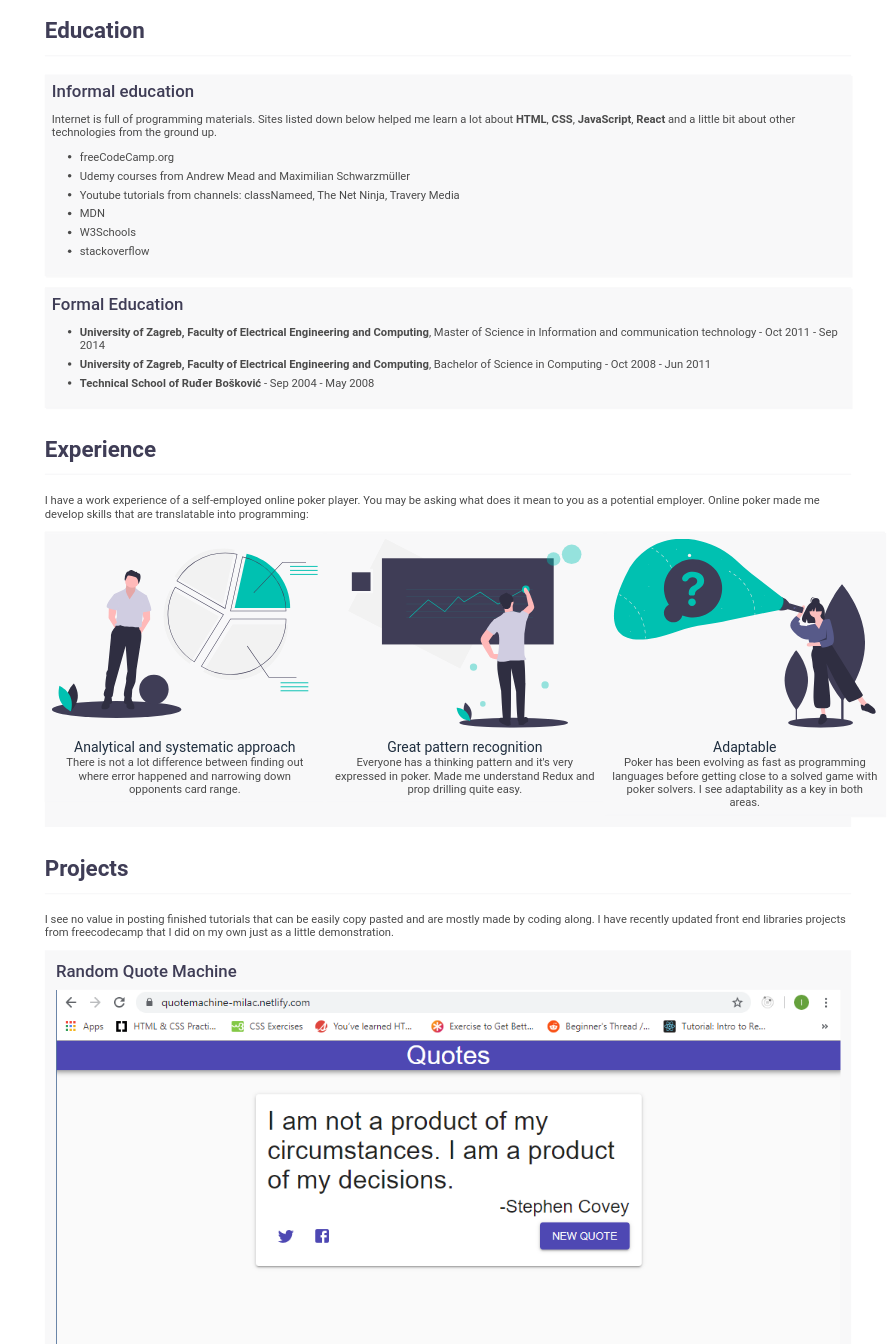
Repository: milac0/my-website
Page: /
An editor plug-in stored every save of this project. The page is shown before and after the next save, followed by the edit.
The browser window is 1280 px wide. The pictures show the part of the page from y = 601 to 2521 px (the page is 6754 px tall), at 70% of full size.
The project was rebuilt for these pictures with package versions that can differ from the ones it lists, and the page was loaded fresh each time. Also part of the build but not shown: src/components/formContact.module.css, src/components/FormContact.js, src/pages/contact.module.css, src/pages/Contact.js. Imported but missing from the stored project, and not drawn on this page: src/resume.pdf.

Above is the page before, as saved 2019-10-24 20:55:53.

### public/index.html
<!DOCTYPE html>
<html lang="en">
  <head>
    <meta charset="utf-8" />
    <link rel="icon" href="%PUBLIC_URL%/favicon.ico" />
    <meta name="viewport" content="width=device-width, initial-scale=1" />
    <meta name="theme-color" content="#000000" />
    <meta
      name="description"
      content="Web site created using create-react-app"
    />
    <!--
      manifest.json provides metadata used when your web app is installed on a
      user's mobile device or desktop. See https://developers.google.com/web/fundamentals/web-app-manifest/
    -->
    <link rel="manifest" href="%PUBLIC_URL%/manifest.json" />
    <!--
      Notice the use of %PUBLIC_URL% in the tags above.
      It will be replaced with the URL of the `public` folder during the build.
      Only files inside the `public` folder can be referenced from the HTML.

      Unlike "/favicon.ico" or "favicon.ico", "%PUBLIC_URL%/favicon.ico" will
      work correctly both with client-side routing and a non-root public URL.
      Learn how to configure a non-root public URL by running `npm run build`.
    -->
    <title>Mile Balenovic</title>
  </head>
  <body>
    <noscript>You need to enable JavaScript to run this app.</noscript>
    <div id="root"></div>
    <!--
      This HTML file is a template.
      If you open it directly in the browser, you will see an empty page.

      You can add webfonts, meta tags, or analytics to this file.
      The build step will place the bundled scripts into the <body> tag.

      To begin the development, run `npm start` or `yarn start`.
      To create a production bundle, use `npm run build` or `yarn build`.
    -->
  </body>
</html>

### src/index.css
html, body {
  height: 100%;
}

body {
  display: flex;
  flex-direction: column;
}

body {
  margin: 0;
  font-family: 'Roboto', sans-serif;
  -webkit-font-smoothing: antialiased;
  -moz-osx-font-smoothing: grayscale;
}

/*****
  Navbar & Hero
*****/

header,
.hero {
  background:#3F3D56;
  border-bottom: 0.1px solid #ffffff;
  text-align: center;
}

.hero {
  margin-bottom: 2em;
}

.container {
  width: 90%;
  max-width: 1200px;
  margin: 0 auto;
}

nav li {
  list-style: none;
  display: flex;
  justify-content: space-evenly;
  align-items: center;
}

.nav-item:hover {
  filter: invert(0.1);
}
nav ul {
  padding: 0;
}

.hero {
  margin-bottom: 2.5em;
}

.hero-profile {
  padding: 3em 0;
}

.hero-profile img {
  margin-bottom: 0.5em;
}

.hero-profile-title,
.hero-profile-subtitle {
  color: #ffffff;
}

.hero-profile h1 {
  margin: 0;
  font-size: 2rem;
}

.hero-profile p {
  font-size: 1rem;
  margin: 0;
  margin-top: -0.25rem;
  margin-bottom: 1.5em;
}

.hero-profile-subtitle strong {
  font-weight: 700;
  color: #61dafb;
}

.button-cta,
.button-home {
  background: #00AEA0;
  color: #1f2e3f;
  padding: 0.75em 2em;
  border: none;
  border-radius: 20px;
  font-size: 1rem;
  font-weight: 700;
  text-decoration: none;
}

.button-cta:hover,
.button-cta:focus {
  background: #00C1B1;
  color: #1f2e3f;
  cursor: pointer;
}

.button-home {
  background: #ffffff;
  border: 2px solid #1f2e3f;
  padding: 0.3em 1em;
}

.button-home:hover,
.button-home:focus {
  border: 2px solid #ffffff;
 filter: invert(0.1);
}


/*****
  Typography
*****/

h1 {
  color: #3F3D56;
}

h2 {
  color: #3F3D56;
  font-size: 1.5rem;
  font-weight: 500;
  margin: 0;
}

p,
ul {
  color: #4a4a4a;
}

.section-skill h2 {
  color: #1F2E3F;
  font-size: 1.25rem;
  font-weight: 400;
  margin: 0;
}

.section-body {
  font-size: 1rem;
  margin-bottom: 1em;
}

#section-cta .section-title,
#section-cta .section-body {
  color: #ffffff;

}

/*****
  Layout
*****/
section {
  margin-bottom: 2.5em;
}

.section-title {
  border-bottom: 2px solid #F8F8F9;
  font-size: 2rem;
  padding-bottom: 0.5em;
}

.article-education,
.section-skill {
  box-shadow: 2px 2px #F8F8F9;
  border: 2px solid #F8F8F9;
  margin-bottom: 1em;
  padding: 0.5em;
}

.article-education li{
  margin-bottom: 0.5em;
}

.section-skill {
  background: #F8F8F9;
  text-align: center;
}

.section-skill p {
  margin: 0;
}

.section-skill-image {
  display: block;
  margin: 0 auto 1em auto;
  height: 300px;
  width: 100%;
}

article {
  background: #F8F8F9;
  padding: 1em;
  margin-bottom: 1em;
}

article h2 {
  margin-bottom: 0.5em;
}

.project-image {
  display: block;
  width: 100%;
  cursor: pointer;
  border-left: 1px solid #19427A;
  border-bottom: 1px solid #19427A;
  border-radius: 0 0 0 5px;
}

.project-image:hover {
  filter: invert(0.1);
}


#section-cta {
  padding-bottom: 5em;
  background: #3F3D56;
}

#section-cta{
  text-align: center;
  padding: 0.5em;
}

#section-cta .button-cta {
  margin: 1em 0 2em 0;
}

footer {
  background: #F8F8F9;
  padding: 3em 0;
  width: 100%;
  text-align: center;
  flex-shrink: 0;
}

.invalid-feedback {
  color: #D8000C;
  font-size: 0.75rem;
  font-family: 'Roboto', sans-serif;
}

@media (min-width: 752px) {
  .section-skills {
    background: #F8F8F9;
    display: flex;
    flex-direction: row;
    align-items: baseline;
  }
  .section-skill {
    flex: 1 1 300px;
      }

  .section-skill-image {
    height: 270px;
    width: 380px;
  }
}

### src/App.js
import React from 'react';
import {
  BrowserRouter as Router,
  Switch,
  Route,
} from "react-router-dom";
import Home from './pages/Home'
import Contact from './pages/Contact';

function App() {
  return (
      <Router>
        <Switch>
        <Route path ="/" exact component={Home} />
        <Route path ="/contact" component={Contact} />
        </Switch>
      </Router>

  );
}

export default App;

### src/pages/Home.js
import React, { Fragment } from "react";
import Navbar from "../components/Navbar";
import Hero from "../components/Hero";
import AboutMe from "../components/AboutMe";
import Education from "../components/Education";
import Experience from "../components/Experience";
import Projects from "../components/Projects";
import SectionCTA from "../components/SectionCTA";
import Footer from "../components/Footer";

const Home = () => {
  return (
    <Fragment>
      <Navbar />
      <Hero />
      <main>
        <div className="container">
          <AboutMe />
          <Education />
          <Experience />
          <Projects />
          <SectionCTA />
        </div>
      </main>
      <Footer />
    </Fragment>
  );
};

export default Home;

### src/components/Navbar.js
import React from "react";
import { Link } from "react-router-dom";

import resumeIcon from "../images/resume.png";
import linkedinIcon from "../images/linkedin.png";
import githubIcon from "../images/github.png";
import homeIcon from "../images/home.png";
import resumePdf from "../resume.pdf";

//mui
import Tooltip from "@material-ui/core/Tooltip";

const Navbar = () => {
  return (
    <header>
      <div className="container">
        <nav>
          <li>
            <ul>
              <Tooltip title="Home">
                <Link to="/">
                  <img className="nav-item" src={homeIcon} alt="home" />
                </Link>
              </Tooltip>
            </ul>
            <ul>
              <Tooltip title="Resume">
                <a href={resumePdf} download target="_self">
                  <img className="nav-item" src={resumeIcon} alt="resume" />
                </a>
              </Tooltip>
            </ul>
            <ul>
              <Tooltip title="Linkedin">
                <a
                  href="https://www.linkedin.com/in/mile-balenovi%C4%87-a4ab9188/"
                  target="_blank"
                  rel="noopener noreferrer"
                >
                  <img className="nav-item" src={linkedinIcon} alt="linkedin" />
                </a>
              </Tooltip>
            </ul>
            <ul>
              <Tooltip title="Github">
                <a
                  href="https://github.com/milac0"
                  target="_blank"
                  rel="noopener noreferrer"
                >
                  <img className="nav-item" src={githubIcon} alt="github" />
                </a>
              </Tooltip>
            </ul>
          </li>
        </nav>
      </div>
    </header>
  );
};

export default Navbar;

### src/components/Hero.js
import React from "react";
import { Link } from "react-router-dom";
import LazyLoad from "react-lazyload";
import profileImg from "../images/profile.png";

const Hero = () => {
  return (
    <div className="hero">
      <div className="container">
        <div className="hero-profile">
          <img src={profileImg} className="hero-profile-image" alt="profile" />
          <h1 className="hero-profile-title">Mile Balenovic</h1>
          <p className="hero-profile-subtitle">
            Switching career to <strong>React</strong> development
          </p>
          <Link to="/contact">
            <button className="button-cta">Contact Me!</button>
          </Link>
        </div>
      </div>
    </div>
  );
};

export default Hero;

### src/components/AboutMe.js
import React from "react";

const AboutMe = () => {
  return (
    <section>
      <h1 className="section-title">About Me</h1>
      <p className="section-body">
        <strong>
          Master of Science in Information and communication technology.
        </strong>{" "}
        Constant learning and skill growth is what motivates me, while
        problem-solving and overcoming obstacles excites me. Completely involved
        in JavaScript upon ending online poker career in March 2019.
      </p>
    </section>
  );
};

export default AboutMe;

### src/components/Education.js
import React from "react";

const Education = () => {
  return (
    <section>
      <h1 className="section-title">Education</h1>
      <article className="article-education">
        <h2>Informal education</h2>
        <p>
          Internet is full of programming materials. Sites listed down below
          helped me learn a lot about
          <strong> HTML</strong>, <strong>CSS</strong>,{" "}
          <strong>JavaScript</strong>,<strong> React</strong> and a little bit
          about other technologies from the ground up.
        </p>
        <ul>
          <li>freeCodeCamp.org</li>
          <li>Udemy courses from Andrew Mead and Maximilian Schwarzmüller</li>
          <li>
            Youtube tutorials from channels: classNameed, The Net Ninja, Travery
            Media{" "}
          </li>
          <li>MDN</li>
          <li>W3Schools</li>
          <li>stackoverflow</li>
        </ul>
      </article>
      <article className="article-education">
        <h2>Formal Education</h2>
        <ul>
          <li>
            <strong>
              University of Zagreb, Faculty of Electrical Engineering and
              Computing
            </strong>
            , Master of Science in Information and communication technology -
            Oct 2011 - Sep 2014
          </li>
          <li>
            <strong>
              University of Zagreb, Faculty of Electrical Engineering and
              Computing
            </strong>
            , Bachelor of Science in Computing - Oct 2008 - Jun 2011
          </li>
          <li>
            <strong>Technical School of Ruđer Bošković</strong> - Sep 2004 - May
            2008
          </li>
        </ul>
      </article>
    </section>
  );
};

export default Education;

### src/components/Experience.js
import React from "react";
import LazyLoad from "react-lazyload";
import analyticalImg from "../images/analytical.svg";
import patternImg from "../images/pattern.svg";
import adaptiveImg from "../images/adaptive.svg";

const Experience = () => {
  return (
    <section>
      <h1 className="section-title">Experience</h1>
      <p className="section-body">
        I have a work experience of a self-employed online poker player. You may
        be asking what does it mean to you as a potential employer. Online poker
        made me develop skills that are translatable into programming:
      </p>
      <div className="section-skills">
      <div className="section-skill">
        <LazyLoad height={200}>
          <img
            className="section-skill-image"
            src={analyticalImg}
            alt="analytical"
          />
        </LazyLoad>
        <h2>Analytical and systematic approach</h2>
        <p>
          There is not a lot difference between finding out where error happened
          and narrowing down opponents card range.
        </p>
      </div>
      <div className="section-skill">
        <LazyLoad height={200}>
          <img className="section-skill-image" src={patternImg} alt="pattern" />
        </LazyLoad>
        <h2>Great pattern recognition</h2>
        <p>
          Everyone has a thinking pattern and it's very expressed in poker. Made
          me understand Redux and prop drilling quite easy.
        </p>
      </div>
      <div className="section-skill">
        <LazyLoad height={200}>
          <img className="section-skill-image" src={adaptiveImg} alt="" />
        </LazyLoad>
        <h2>Adaptable</h2>
        <p>
          Poker has been evolving as fast as programming languages before
          getting close to a solved game with poker solvers. I see adaptability
          as a key in both areas.
        </p>
      </div>
      </div>
    </section>
  );
};

export default Experience;

### src/components/Projects.js
import React from "react";
import LazyLoad from "react-lazyload";

import quoteImg from "../images/quote.PNG";
import markdownImg from "../images/markdown.PNG";
import pomodoroImg from "../images/pomodoro.PNG";
import drumImg from "../images/drum.PNG";

const Projects = () => {
  return (
    <section>
      <h1 className="section-title">Projects</h1>
      <p className="section-body">
        I see no value in posting finished tutorials that can be easily copy
        pasted and are mostly made by coding along. I have recently updated
        front end libraries projects from freecodecamp that I did on my own just
        as a little demonstration.
      </p>
      <article>
        <h2>Random Quote Machine</h2>
        <a
          href="https://quotemachine-milac.netlify.com/"
          target="_blank"
          rel="noopener noreferrer"
        >
          <LazyLoad>
            <img className="project-image" src={quoteImg} alt="quote-machine" />
          </LazyLoad>
        </a>
        <p>hooks, axios, material-ui, lodash</p>
      </article>
      <article>
        <h2>Markdown Previewer</h2>
        <a
          href="https://markdown-milac.netlify.com/"
          target="_blank"
          rel="noopener noreferrer"
        >
          <LazyLoad>
            <img
              className="project-image"
              src={markdownImg}
              alt="markdown-previewer"
            />
          </LazyLoad>
        </a>
        <p>nothing</p>
      </article>
      <article>
        <h2>Drum Machine</h2>
        <a
          href="https://drummachine-milac.netlify.com/"
          target="_blank"
          rel="noopener noreferrer"
        >
          <LazyLoad>
            <img className="project-image" src={drumImg} alt="drum-machine" />
          </LazyLoad>
        </a>
        <p>hooks, axios, material-ui</p>
      </article>
      <article>
        <h2>Pomodoro Clock</h2>
        <a
          href="https://pomodoro-clo.netlify.com/"
          target="_blank"
          rel="noopener noreferrer"
        >
          <LazyLoad>
            <img
              className="project-image"
              src={pomodoroImg}
              alt="pomodoro clock"
            />
          </LazyLoad>
        </a>
        <p>hooks, axios, material-ui</p>
      </article>
    </section>
  );
};

export default Projects;

### src/components/SectionCTA.js
import React from "react";
import { Link } from "react-router-dom";

const SectionCTA = () => {
  return (
    <section id="section-cta">
      <h1 className="section-title">Do you like what you've read?</h1>
      <p className="section-body">
        I have plenty more to learn and with the guidance of yours more experienced
        employees I'm sure I can contribute to your company in no time.
      </p>
      <Link to="/contact">
        <button className="button-cta">Contact Me!</button>
      </Link>
    </section>
  );
};

export default SectionCTA;

### src/components/Footer.js
import React from "react";

const Footer = () => {
  return (
    <footer>
      <p> Copyright 2019</p>
    </footer>
  );
};

export default Footer;

Loaded but not shown: src/index.js (common file)

After the next save:
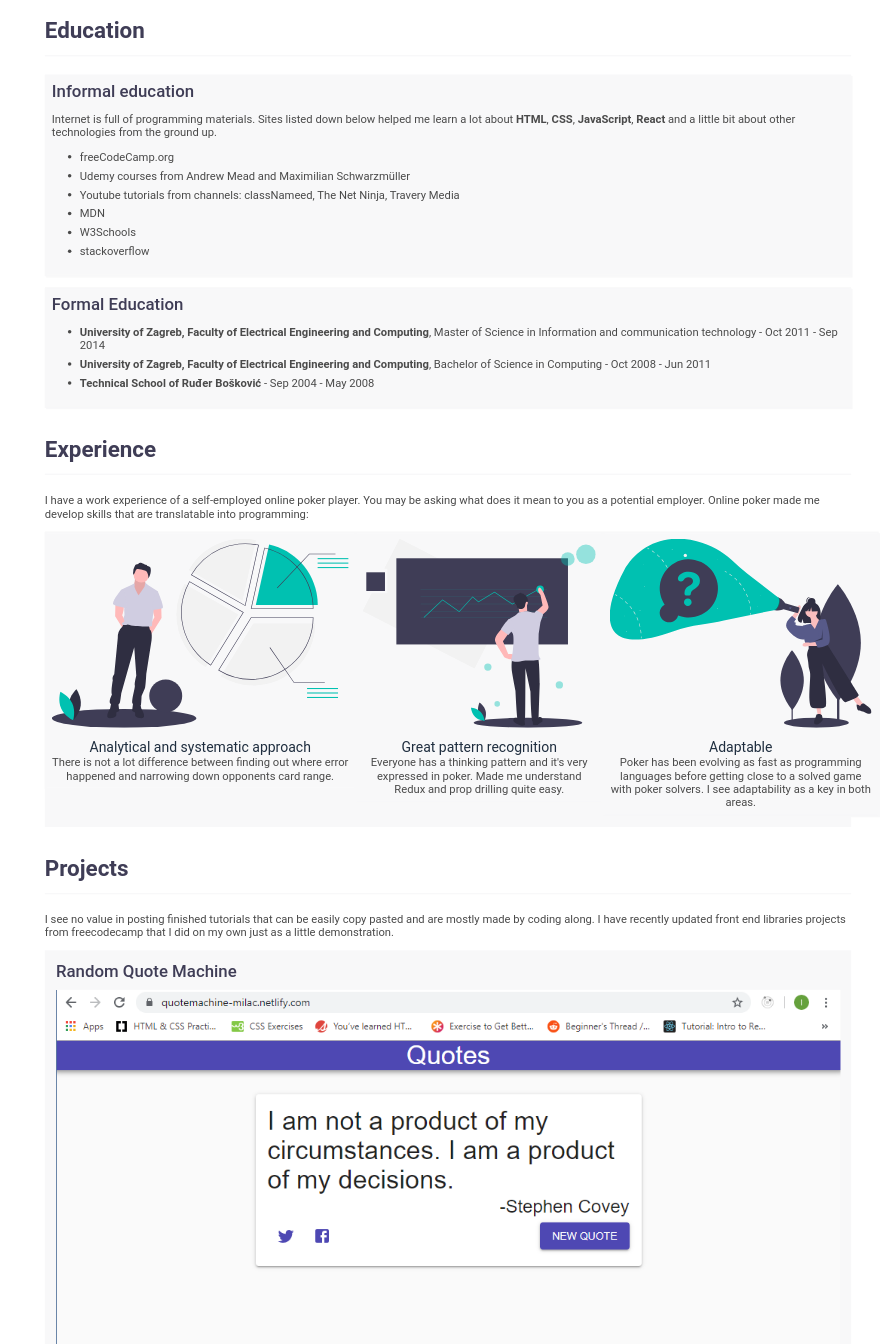
Saved 36 s later.
--- a/src/index.css
+++ b/src/index.css
@@ -259,6 +259,6 @@ footer {
 
   .section-skill-image {
     height: 270px;
-    width: 380px;
+    width: auto;
   }
 }
